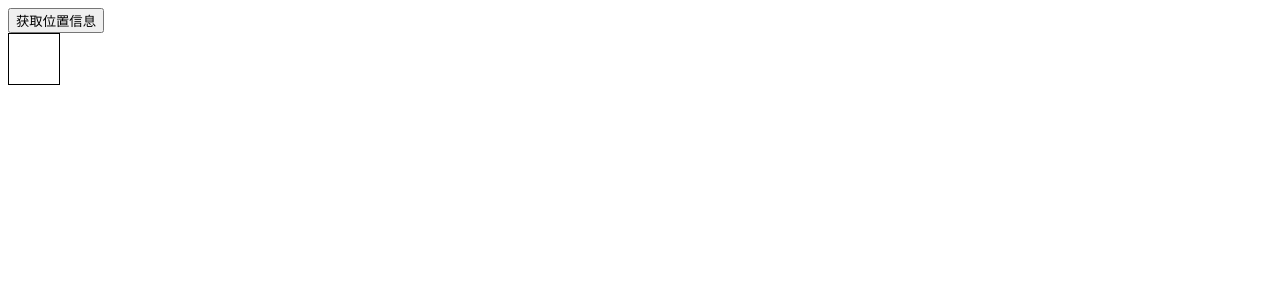
Repository: vidiewei/Learn-Practice
Page: 前端代码实践/H5/地理位置.html
An editor plug-in stored every save of this project. The page is shown before and after the next save, followed by the edit.
The browser window is 1280 px wide. The pictures show the whole page.

Above is the page before, as saved 2021-10-27 16:25:52.

### 前端代码实践/H5/地理位置.html
<!DOCTYPE html>
<html>
  <head lang="en">
    <meta charset="UTF-8" />
    <title></title>
    <style type="text/css">
      #geo {
        height: 50px;
        width: 50px;
        border: 1px solid black;
      }
    </style>
  </head>
  <body>
    <button onclick="getGeo()">获取位置信息</button>
    <div id="geo"></div>
    <script>
      /*  navigator 导航  */
      //  geolocation: 地理定位
      //  window.navigator.geolocation
      //  兼容处理
      function getGeo() {
        let geoNode = document.getElementById('geo')
        let text
        if (navigator.geolocation) {
          //  如果支持，获取用户地理信息

          //  successCallback 当获取用户位置成功的回调函数
          //  errorCallback 当获取用户位置失败的回调函数
          navigator.geolocation.getCurrentPosition(
            successCallback,
            errorCallback
          )
        } else {
          text = 'sorry,你的浏览器不支持地理定位'
          geoNode.textContent = text
        }
        // 获取地理位置成功的回调函数
        function successCallback(position) {
          //  获取用户当前的经纬度
          //  coords坐标
          //  纬度latitude
          var wd = position.coords.latitude
          //  经度longitude
          var jd = position.coords.longitude

          console.log('获取用户位置成功！')
          text = wd + '----------------' + jd
          geoNode.textContent = text
          console.log(text)
          //  40.05867366972477----------------116.33668634275229

          //  谷歌地图：40.0601398850,116.3434224706
          //  百度地图：40.0658210000,116.3500430000
          //  腾讯高德：40.0601486487,116.3434373643
        }
        //  获取地理位置失败的回调函数
        function errorCallback(error) {
          console.log(error)
          text = error
          console.log('获取用户位置失败！')
          geoNode.textContent = text
        }
      }
    </script>
  </body>
</html>

After the next save:
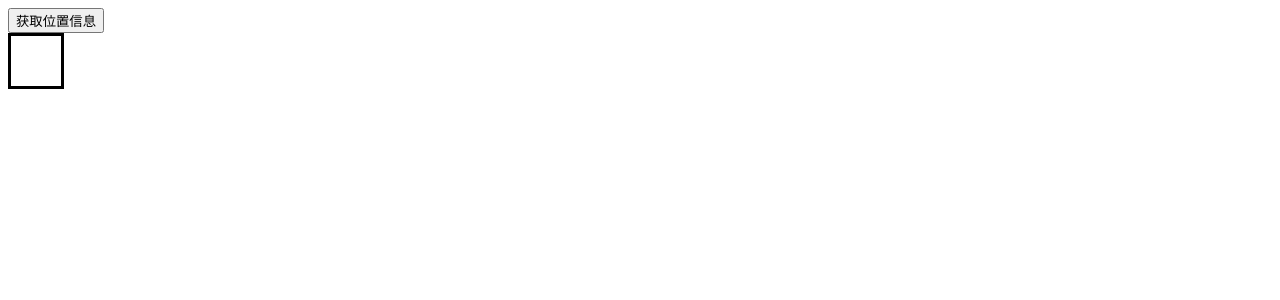
Saved 19 s later.
--- a/前端代码实践/H5/地理位置.html
+++ b/前端代码实践/H5/地理位置.html
@@ -7,7 +7,7 @@
       #geo {
         height: 50px;
         width: 50px;
-        border: 1px solid black;
+        border: medium solid black;
       }
     </style>
   </head>
